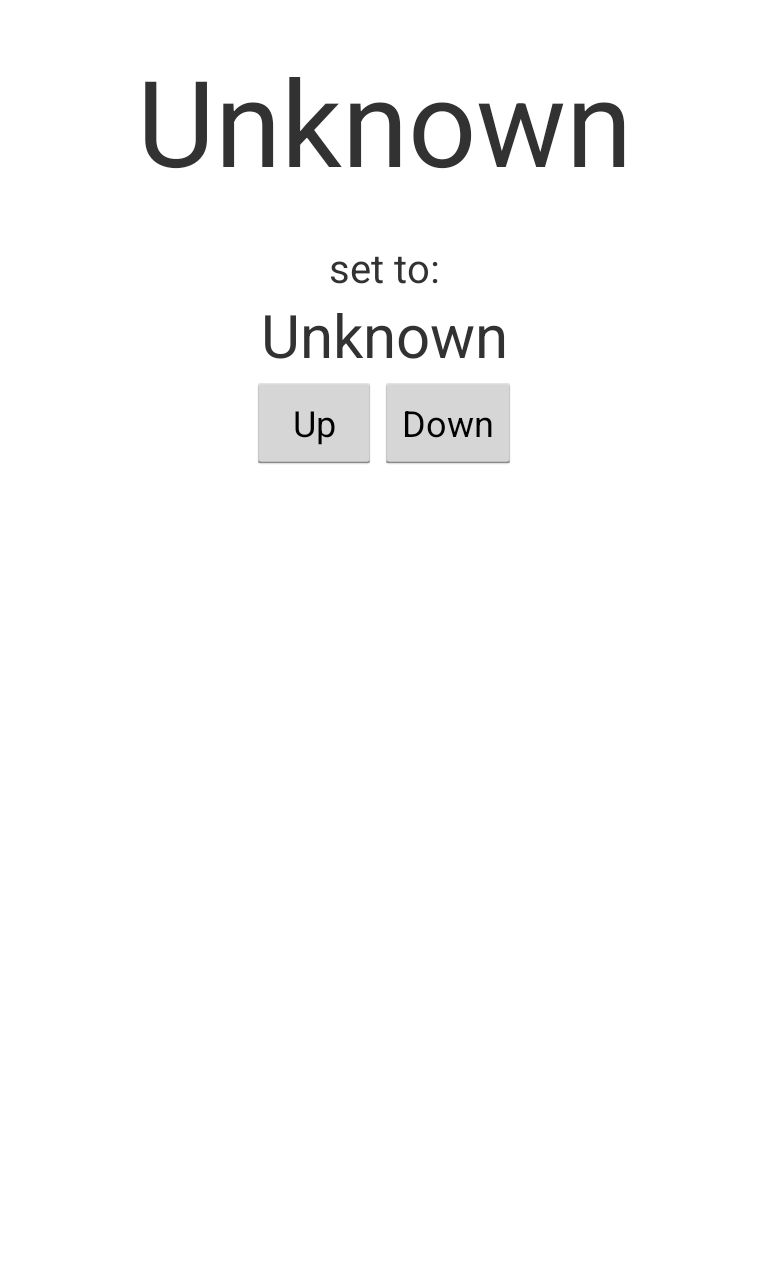
Repository: finerrecliner/SmartVent
Layout: SmartVent/res/layout/activity_room.xml
The author's editor kept a copy of each file at every save. The layout is drawn from the files as they stood at one save, then again after the next save.
It is drawn on a 768 x 1280 px phone screen (xhdpi) without system bars, with theme AppTheme; the app's code is not run.

Above is the layout before, as saved 2013-11-03 17:42:04.

### SmartVent/res/layout/activity_room.xml
<LinearLayout xmlns:android="http://schemas.android.com/apk/res/android"
    xmlns:tools="http://schemas.android.com/tools"
    android:layout_width="match_parent"
    android:layout_height="match_parent"
    android:gravity="fill_vertical"
    android:orientation="vertical"
    tools:context=".RoomActivity" >

    <TextView
        android:id="@+id/current_temp_val"
        android:layout_width="fill_parent"
        android:layout_height="wrap_content"
        android:gravity="center"
        android:paddingBottom="20dp"
        android:paddingTop="20dp"
        android:text="@string/unknown"
        android:textSize="60sp" />

	<TextView
        android:id="@+id/set_temp_label"
        android:layout_width="fill_parent"
        android:layout_height="wrap_content"
        android:text="@string/set_temperature"
        android:gravity="center"
        android:textSize="20sp" />

    <TextView
        android:id="@+id/set_temp_val"
        android:layout_width="fill_parent"
        android:layout_height="wrap_content"
        android:gravity="center"
        android:text="@string/unknown"
        android:textSize="30sp" />

	<LinearLayout
        android:id="@+id/set_temp_buttons"
        android:layout_width="match_parent"
        android:layout_height="wrap_content"
        android:gravity="center" >

        <Button
            android:id="@+id/set_temp_up"
            android:layout_width="wrap_content"
            android:layout_height="wrap_content"
            android:text="@string/up" />

        <Button
            android:id="@+id/set_temp_down"
            android:layout_width="wrap_content"
            android:layout_height="wrap_content"
            android:text="@string/down" />
    </LinearLayout>

</LinearLayout>

### SmartVent/res/values/strings.xml
<?xml version="1.0" encoding="utf-8"?>
<resources>

    <string name="app_name">SmartVent</string>
    <string name="menu_settings">Settings</string>
    <string name="current_temp">Current Temp:</string>
    <string name="room_label">Room:</string>
    <string name="set_temperature">set to:</string>
    <string name="unknown">Unknown</string>
    <string name="up">Up</string>
    <string name="down">Down</string>
    <string name="room">room</string>
    <string name="home_blueprint">home blueprint</string>

</resources>

Loaded but not shown: SmartVent/res/values/styles.xml (common file); SmartVent/res/values-v11/styles.xml (common file); SmartVent/res/values-v14/styles.xml (common file)

After the next save:
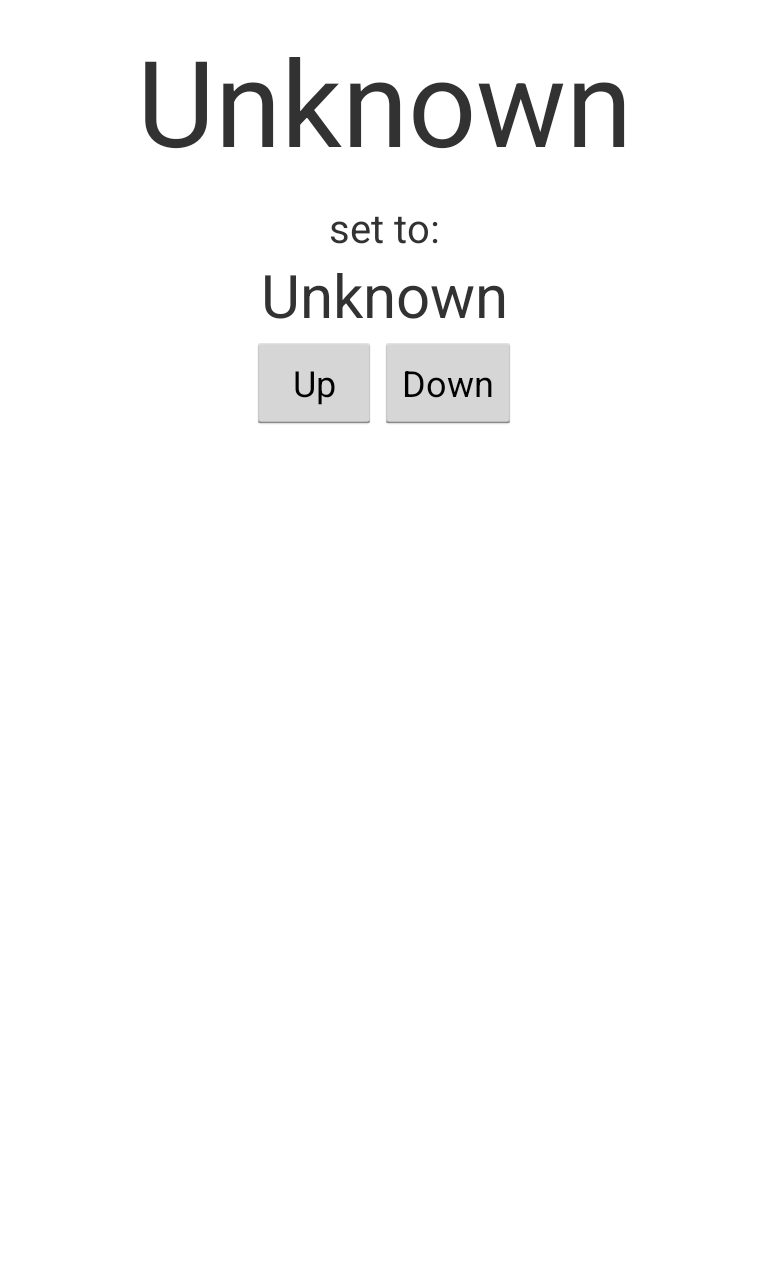
Saved 5 min 15 s later.
--- a/SmartVent/res/layout/activity_room.xml
+++ b/SmartVent/res/layout/activity_room.xml
@@ -11,8 +11,8 @@
         android:layout_width="fill_parent"
         android:layout_height="wrap_content"
         android:gravity="center"
-        android:paddingBottom="20dp"
-        android:paddingTop="20dp"
+        android:paddingBottom="10dp"
+        android:paddingTop="10dp"
         android:text="@string/unknown"
         android:textSize="60sp" />
 
